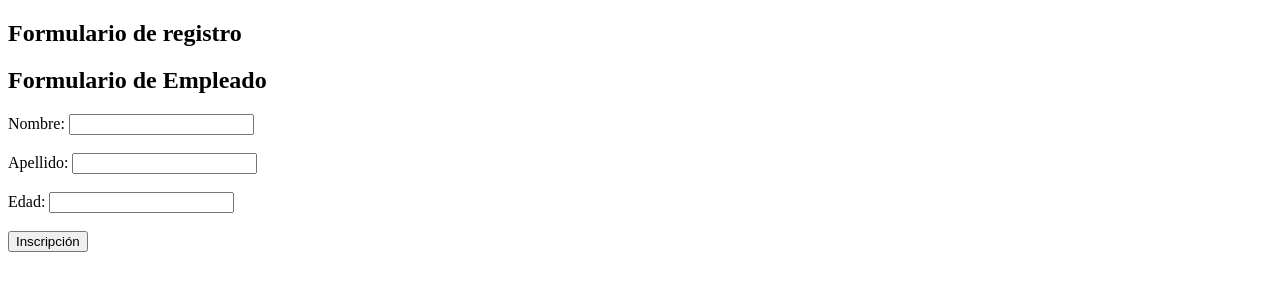
Repository: scgil/master-java
Page: Semana3/03-DataSource/src/main/webapp/formulario.html
These files come from the project's save history. The page is drawn as it stood at one moment and after the next save; the edit follows.
The browser window is 1280 px wide. The pictures show the whole page.

Above is the page before, as saved 2024-12-20 08:53:46.

### Semana3/03-DataSource/src/main/webapp/formulario.html
<!DOCTYPE html>
<html>
<head>
<meta charset="UTF-8">
<title>Insertar registros</title>
</head>
<body>
<h2>Formulario de registro</h2>
<h2>Formulario de Empleado</h2>

    <form action="Insertar" method="post">
        <label for="nombre">Nombre:</label>
        <input type="text" id="nombre" name="nombre" required><br><br>
        <label for="apellido">Apellido:</label>
        <input type="text" id="apellido" name="apellido" required><br><br>
        <label for="edad">Edad:</label>
        <input type="number" id="edad" name="edad" required><br><br>
        <button type="submit">Inscripción</button>
    </form>
</body>
</html>

After the next save:
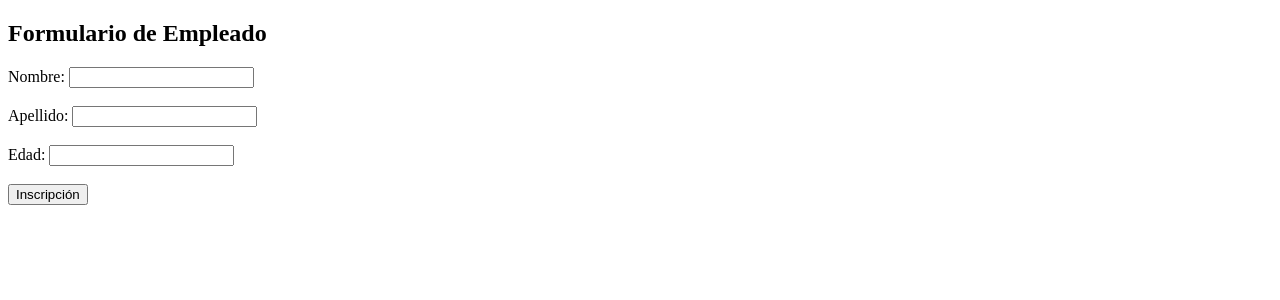
Saved 3 min 39 s later.
--- a/Semana3/03-DataSource/src/main/webapp/formulario.html
+++ b/Semana3/03-DataSource/src/main/webapp/formulario.html
@@ -5,7 +5,6 @@
 <title>Insertar registros</title>
 </head>
 <body>
-<h2>Formulario de registro</h2>
 <h2>Formulario de Empleado</h2>
 
     <form action="Insertar" method="post">
